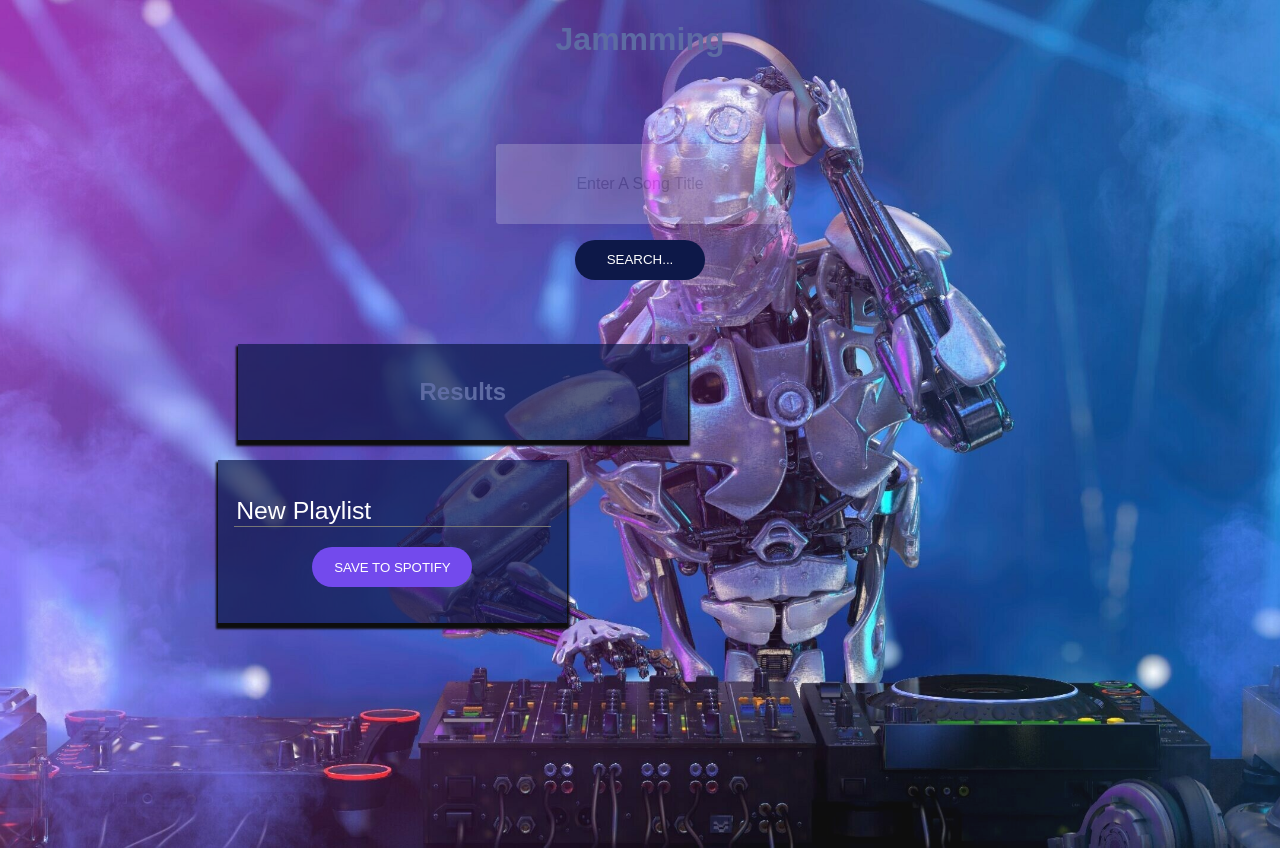
Repository: LolaSL/jamming
Page: /
An editor plug-in stored every save of this project. The page is shown before and after the next save, followed by the edit.
The browser window is 1280 px wide. The pictures show the whole page.
The project was rebuilt for these pictures with package versions that can differ from the ones it lists, and the page was loaded fresh each time. Also part of the build but not shown: src/components/Track/Track.css, src/components/Track/Track.jsx.

Above is the page before, as saved 2023-06-22 18:36:04.

After the next save:
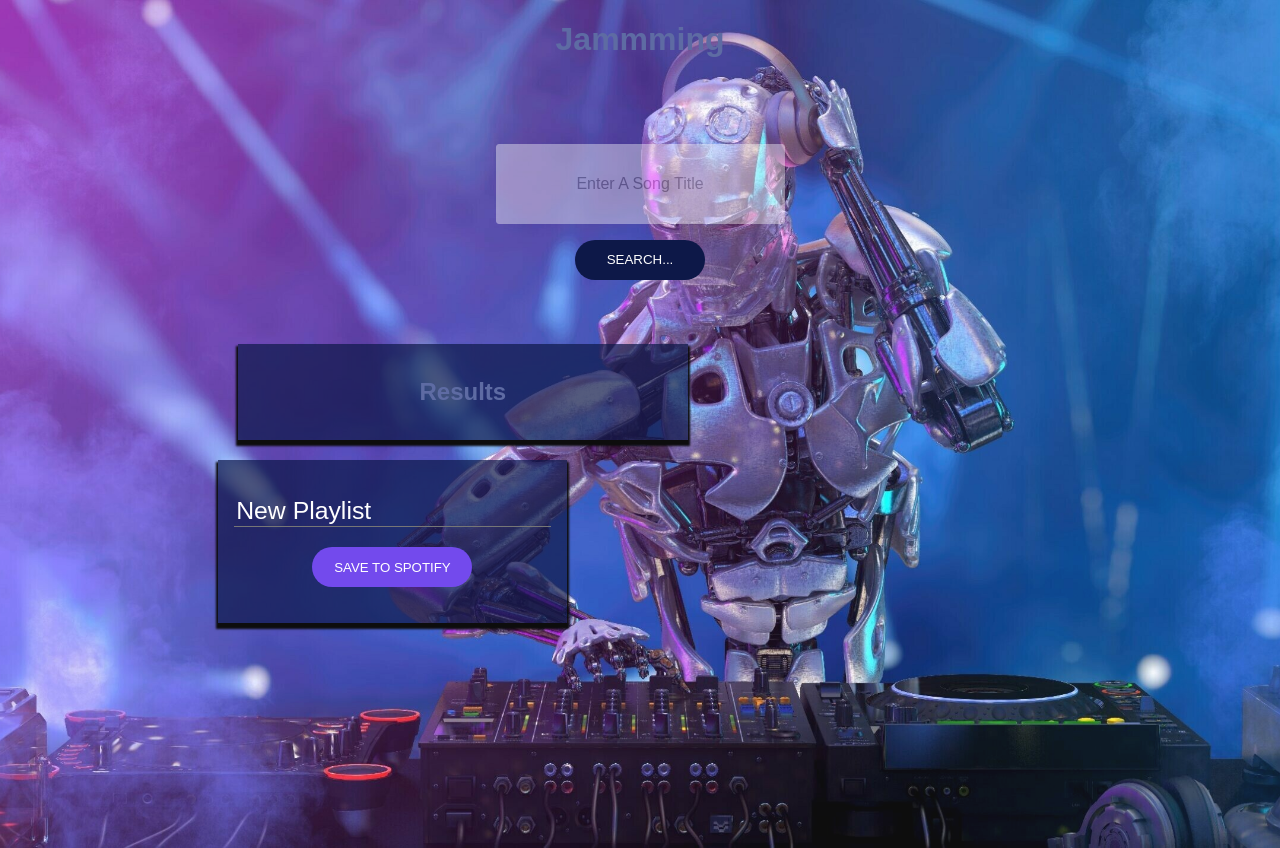
Saved 8 s later.
--- a/src/components/SearchBar/SearchBar.css
+++ b/src/components/SearchBar/SearchBar.css
@@ -16,7 +16,7 @@
     color: #010c3f;
     text-align: center;
     font-size: 1rem;
-    opacity: 0.2;
+    opacity: 0.4;
   }
 
   .SearchBar input:focus {
